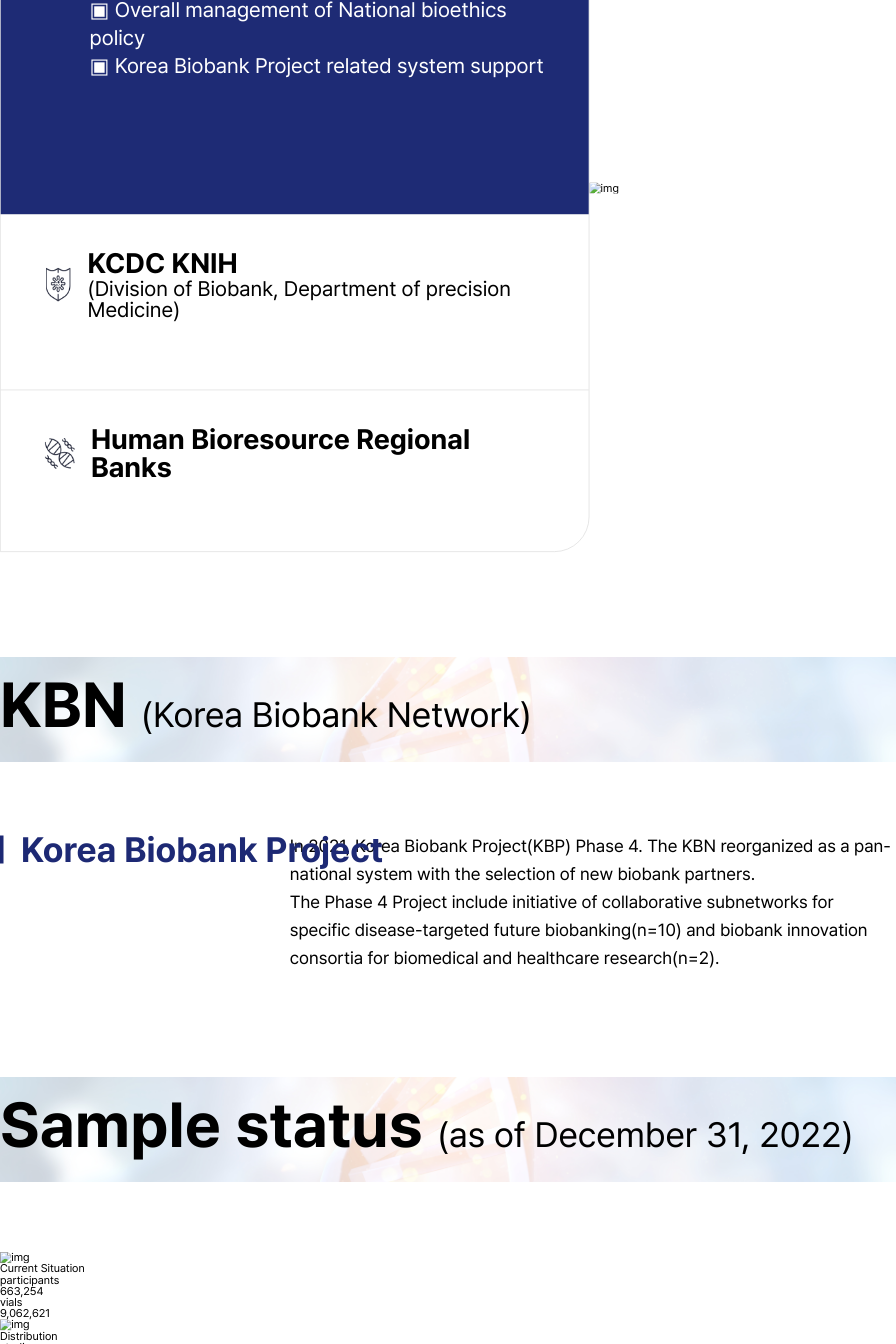
Repository: dlgywls1130/kbn_makedit
Page: index.html
An editor plug-in stored every save of this project. The page is shown before and after the next save, followed by the edit.
The browser window is 1280 px wide. The pictures show the part of the page from y = 2232 to 4152 px (the page is 5607 px tall before and 5587 px after), at 70% of full size.
After loading, the first visible `div.accordion-item` was clicked once.
Some web libraries are served in a nearby version.

Above is the page before, as saved 2023-10-15 16:38:10.

### index.html
<!DOCTYPE html>
<html lang="en">
<head>
    <meta charset="UTF-8">
    <meta name="viewport" content="width=device-width, initial-scale=1.0">
    <title>KBN</title>

    <link rel="stylesheet" href="./css/reset.css">
    <link rel="stylesheet" href="./css/style.css">

    <!-- slick css -->
    <link rel="stylesheet"  type="text/css" href="./css/slick.css">

</head>
<body>

    <!-- header -->
    <header>
        <div class="header_wrapper">
            <div class="header_logo">
                <img src="./image/logo.png" alt="logo">
            </div>
            <ul class="nav_list">
                <li><a href="#about"> About us</a></li>
                <li><a href="#kbn">KBN</a></li>
                <li><a href="#sample">Sample status</a></li>
                <li><a href="#distribution">Distribution procedure</a></li>
                <li><a href="#biobanks">KBN Biobanks</a></li>
            </ul>
            <div class="header_en">
                <div class="en_icon">
                    <img src="./image/language.png" alt="icon">
                </div>
                <p>EN</p>
            </div>
        </div>

    </header>


    <!-- main banner -->
    <section>
        <div class="main_banner">
            <div class="slide_wrap">
                <div class="slide_list first-slide">
                    <div class="slide_content">
                        <h2 class="slide_title">
                            The Biggest Disease-based
                            <Br>Human Biobank Network of Korea
                        </h2>
                        <p class="slide_sub">
                            KBN, the largest biobank network in korea, collects, manages, and holds disease-based
                            <Br>human bioresources, i.e. various samples of more than 600,000 individuals.
                        </p>
                    </div>
                </div>
                <div class="slide_list second-slide">
                    <div class="slide_content">
                        <h2 class="slide_title">
                            KBN Distribution Support Center
                        </h2>
                        <p class="slide_sub">
                            The Center provides human bioresources, and clinical and epidemiological information
                            <Br> held by KBN biobanks nationwide and actively supports the distribution.

                        </p>
                    </div>
                </div>
                <div class="slide_list three-slide">

                    <div class="slide_content">
                        <h2 class="slide_title">
                            KBN Provides On-line Searching Database
                            <Br>and Operates Distribution Support Center
                        </h2>
                        <p class="slide_sub">
                            Researchers conduct KBN human bioresource search, while the distribution support
                            <Br>center provides services customized to individual users.
                        </p>
                    </div>
                </div>
            </div>
        </div>
    </section>

    <!-- about us -->
    <section id="about">
        <div class="about_wrap">
            <div class="content_width">
                <h2 class="section_title">About us</h2>
            </div>

            <div class="about-us">
                <div class="about_content">
                    <div class="content_list mb-100">
                        <div class="list_main">
                            KBN Portal
                        </div>
                        <div class="list_descript">
                            <p class="mb-50">The Korea Biobank Network’s Human Bioresource Sharing and Access Platform, established in 2019, aims
                            to expand the accessibility of the disease-based bioresources collected through KBN and develop a
                            system to collect high-quality standard clinical information, thereby establishing a distribution support
                            system tailored to researchers.</p>

                            <p>The KBN portal is the largest shared open platform for disease-based resource owned by KBN biobanks
                            involved in KDCA(Korea Disease Control and Prevention Agency) KBP(Korea Biobank Project).
                            It discloses and shares related information including disease-based resource status, systematic search,
                            efficient distribution, and utilization outcomes to researchers in order to improve the efficient utilization of
                            national disease-based resources.</p>
                        </div>
                    </div>
                    <div class="content_list">
                        <div class="list_main">
                            Structure
                        </div>
                        <div class="list_descript">
                            <p>Structure is organized by the Ministry of Health and Welfare(Division of Bioethics Policy), the KDCA Korea
                                National Institute of Health(Division of Biobank, Department of precision Medicine), KBN Biobanks.</p>
                        </div>
                    </div>
                </div>
                <div class="about_acodian">
                    <div class="acodian_list">
                        <div class="accordion-item">
                            <h3 class="title">
                                <div class="acodian_icon">
                                    <img src="./image/about_ico1.png" alt="icon">
                                </div>
                                <p>Ministry of Health and Welfare
                                    <span>(Division of Bioethics Policy)</span>
                                </p>

                            </h3>
                            <div class="paragraph">
                                <p>▣ Overall management of National bioethics policy</p>
                                <p>▣ Korea Biobank Project related system support</p>
                            </div>
                        </div>
                        <div class="accordion-item">
                            <h3 class="title">
                                <div class="acodian_icon">
                                    <img src="/image/about_ico2.png" alt="icon">
                                </div>
                                <p>KCDC KNIH
                                    <span>(Division of Biobank, Department of precision Medicine)</span>
                                </p>

                            </h3>
                            <div class="paragraph">
                                <p>▣ KBN management (National Biobank of Korea management)</p>
                                <p>▣ Collection, management, and distribution of large-scale population-based human bioresources </p>
                                <p>▣ Human bioresource management standardization and technology development</p>
                            </div>
                        </div>
                        <div class="accordion-item">
                            <h3 class="title">
                                <div class="acodian_icon">
                                    <img src="/image/about_ico3.png" alt="icon">
                                </div>
                                <p>Human Bioresource Regional Banks</p>

                            </h3>
                            <div class="paragraph">
                                <p>▣ Collection · management · distribution of disease-based human bioresources</p>
                                <p>▣ Organiztion and operation of Korea Biobank Council</p>
                            </div>
                        </div>
                    </div>
                    <div class="acodian_circle">
                        <img src="" alt="img">
                    </div>
                </div>
            </div>
        </div>

    </section>

    <!-- kbn -->

    <section id="kbn">
        <div class="kbn_wrap">
            <div class="content_width">
                <h2 class="section_title">KBN <span>(Korea Biobank Network)</span></h2>
            </div>
            <div class="kbn_content">
                <div class="content_list">
                    <div class="list_main">
                        Korea Biobank Project
                    </div>
                    <div class="list_descript">
                        <p>In 2021, Korea Biobank Project(KBP) Phase 4. The KBN reorganized as a pan-national system with the
                            selection of new biobank partners.
                            </p>

                        <p>The Phase 4 Project include initiative of collaborative subnetworks for specific disease-targeted future
                            biobanking(n=10) and biobank innovation consortia for biomedical and healthcare research(n=2).
                            </p>
                    </div>
                </div>
                <div class="kbn_guidance_wrap">

                </div>
            </div>
        </div>

    </section>

    <!-- sample -->

    <section id="sample">
        <div class="sample_wrap">
            <div class="content_width">
                <h2 class="section_title">Sample status <span>(as of December 31, 2022)</span></h2>
            </div>
            <div class="sample_content">
                <div class="sample_list">
                    <div class="sample_list_left">
                        <div class="sample_list_icon">
                            <img src="" alt="img">
                        </div>
                        <div class="sample_list_title">
                            Current Situation
                        </div>
                    </div>
                    <div class="sample_list_right">
                        <div class="right_span">
                            <span>participants</span>
                            <p>663,254</p>
                        </div>
                        <div class="right_span">
                            <span>vials</span>
                            <p>9,062,621</p>
                        </div>
                    </div>
                </div>
                <div class="sample_list">
                    <div class="sample_list_left">
                        <div class="sample_list_icon">
                            <img src="" alt="img">
                        </div>
                        <div class="sample_list_title">
                            Distribution
                        </div>
                    </div>
                    <div class="sample_list_right">
                        <div class="right_span">
                            <span>studies</span>
                            <p>3215</p>
                        </div>
                    </div>
                </div>
                <div class="sample_list">
                    <div class="sample_list_left">
                        <div class="sample_list_icon">
                            <img src="" alt="img">
                        </div>
                        <div class="sample_list_title">
                            Utilization
                        </div>
                    </div>
                    <div class="sample_list_right">
                        <div class="right_span">
                            <span>papers</span>
                            <p>948</p>
                        </div>
                        <div class="right_span">
                            <span>patents</span>
                            <p>116</p>
                        </div>
                    </div>
                </div>
            </div>
        </div>

    </section>

    <!-- Distribution  -->
    <section id="distribution">
        <div class="distribution_wrap">
            <div class="content_width">
                <h2 class="section_title white">Distribution procedure</h2>
            </div>
            <div class="distribution_about">
                <div class="content_list">
                    <div class="list_main">
                        Procedure
                    </div>
                    <div class="list_descript">
                        <p>KBN Human bioresources application procedure for distribution.</p>

                        <p>KBN distributes the collected human bioresources to researchers for domestic healthcare R&D.
                            For access to, researcher(s) residing in Korea and carrying out a research project that has obtained IRB
                            approval(or exemption) can apply for access to human bioresource distribution, and if approved by the
                            Access and Sharing Committee, the bioresources are released.
                        </p>
                    </div>
                </div>
                <div class="text_slide">

                </div>
            </div>
        </div>
    </section>

    <!-- Biobanks  -->
    <section id="biobanks">
        <div class="biobank_wrap">
            <div class="content_width">
                <h2 class="section_title">KBN Biobanks <span>- targeted diseases</span></h2>
            </div>
            <div class="biobank_content">
                <div class="biobank_tab">

                </div>

            </div>
        </div>

    </section>

    <!-- logo slide -->
    <section>
        <div class="logo_loop">

        </div>
    </section>

    <!-- footer -->
    <footer>
        <div class="footer_wrap">
            <div class="footer_left">
                <h3 class="footer_title">
                    CONTACT US
                </h3>

                <div class="footer_contain">
                    <ul>
                        <li class="footer_text">kbnysvc@gmail.com</li>
                        <li class="footer_phone">+82 -31-546-2715</li>
                        <li class="footer_text">Monday-Friday 8:30am ~ 5:30pm</li>
                        <li class="footer_text">(Saturday and Sunday, Holidays : ClOSED)</li>
                    </ul>
                    <ul>
                        <li><img src="" alt="icon"></li>
                        <li><img src="" alt="icon"></li>
                    </ul>
                </div>

                <p>Yongin Severance Hospital 363, Dongbaekjukjeon-daero, Giheung-gu, Yongin-si, Gyeonggi-do 16995, Republic of Korea</p>
            </div>

            <div class="footer_right">
                <div class="right_top">
                    <h3 class="footer_title">
                        SOCIAL LINKS
                    </h3>
                    <div class="footer_sns">
                        <a href="" class="link_sns">
                            <img src="" alt="sns">
                        </a>
                        <a href="" class="link_sns">
                            <img src="" alt="sns">
                        </a>
                        <a href="" class="link_sns">
                            <img src="" alt="sns">
                        </a>

                    </div>
                </div>
                <div class="right_bottom">
                    <h3 class="footer_title">
                        RELATED SITE
                    </h3>
                    <div class="link_site">
                        <a href="" class="site_link">
                            <img src="" alt="link">
                        </a>
                        <a href="" class="site_link">
                            <img src="" alt="link">
                        </a>

                    </div>
                </div>

            </div>
        </div>
        <div class="footer_copy">
            <p>YONSEI UNIVERSITY, YONGIN SEVERANCE HOSPITAL. ALL RIGHTS RESERVED </p>
            <div class="copy_right">
                <p>Personal information processing policy</p>
                <p>Terms and Conditions</p>
            </div>
        </div>
    </footer>


    <script type="text/javascript" src="//code.jquery.com/jquery-1.11.0.min.js"></script>
    <script src="./js/slick.min.js"></script>
    <script src="./js/main.js"></script>
</body>
</html>

### css/style.css
:root{
    --main-text:#1D2974;
    --black-text:#000;
}


/* common */

body{
    font-family: 'pretendard',sans-serif ;
}

/* font */
@font-face {
    font-family: pretendard;
    src: url('/font/Pretendard-Regular.woff2') format('woff2'),
    url('/font/Pretendard-Regular.woff') format('woff'),
    url('/font/Pretendard-Regular.ttf') format('ttf'),
    url('/font/Pretendard-Regular.otf') format('otf');
    font-weight: 400;
}

@font-face {
    font-family: pretendard;
    src: url('/font/Pretendard-Medium.woff2') format('woff2'),
    url('/font/Pretendard-Medium.woff') format('woff'),
    url('/font/Pretendard-Medium.ttf') format('ttf'),
    url('/font/Pretendard-Medium.otf') format('otf');
    font-weight: 500;
}

@font-face {
    font-family: pretendard;
    src: url('/font/Pretendard-Bold.woff2') format('woff2'),
    url('/font/Pretendard-Bold.woff') format('woff'),
    url('/font/Pretendard-Bold.ttf') format('ttf'),
    url('/font/Pretendard-Bold.otf') format('otf');
    font-weight: 700;
}


section{margin-bottom:150px;}

.section_title{
    font-size: 90px;
    font-weight: 700;
    line-height:40px;
    max-width: 1680px;
    width: 100%;
    margin: 0 auto;
}

.section_title span{
    font-weight: 300;
    font-size: 50px;
}

.content_width{
    width: 100%;
    height: 150px;
    background:url('/image/title_back.jpg');
    background-repeat: no-repeat;
    background-size:cover;
    margin-bottom: 100px;
    display: flex;
    align-items: center;
}

.content_list {
    display: flex;
    align-items: flex-start;
    justify-content: space-between;
}

.content_list .list_main{
    position: relative;
    width: 30%;
    font-size: 50px;
    font-weight: 700;
    color: var(--main-text);
    white-space: nowrap;
    padding-left: 30px;
}

.content_list .list_main::before{
    position: absolute;
    content: '';
    left: 0;
    top: 50%;
    transform: translate(0,-50%);
    height: 40px;
    width: 5px;
    background: var(--main-text);
}

.content_list .list_descript{
    width: 70%;
}

.content_list .list_descript p{
    font-size: 25px;
    font-weight: 300;
    line-height: 40px;
}


/* common margin */

.mb-50{margin-bottom: 50px;}
.mb-100{margin-bottom: 100px;}


/* header */

header{
    position: fixed;
    top: 0;
    left: 0;
    background: #fff;
    width: 100%;
    height: 138px;
    padding: 28px 0;
    box-sizing: border-box;
    z-index: 9;
}

.header_wrapper{
    max-width: 1680px;
    width: 100%;
    margin: 0 auto;
    display: flex;
    align-items: center;
    justify-content: space-between;
}

.header_logo{
    width: 250px;
    height: 80px;
}

.header_logo img{
    width: 100%;
    height: 100%;
    object-fit: contain;
}

.header_wrapper .nav_list{
    display: flex;
}

.header_wrapper .nav_list li{
    padding: 0 50px;
}

.header_wrapper .nav_list li a{
    font-size: 25px;
    font-weight: 500;
    line-height: 0.03em;
    text-decoration: none;
    color:var(--black-text);
}

.header_en{display: flex; align-items: center;}

.header_en .en_icon{
    width: 24px;
    height: 24px;
}

.header_en .en_icon img{
    width: 100%;
    height: 100%;
    object-fit: contain;
}

.header_en p{
    margin-left: 8px;
    font-size: 20px;
    font-weight: 700;
}

/* main_banner */

.slide_wrap .slide_list{
    width: 100%;
    height: 100vh;
    position: relative;
}

.slide_wrap .slide_list.first-slide{
    background: url('/image/main_slide1.jpg');
    background-repeat: no-repeat;
    background-position: right center;
    background-size: cover;
}

.slide_wrap .slide_list.second-slide{
    background: url('/image/main_slide2.jpg');
    background-repeat: no-repeat;
    background-position: center center;
    background-size: cover;
}

.slide_wrap .slide_list.three-slide{
    background: url('/image/main_slide3.jpg');
    background-repeat: no-repeat;
    background-position: left center;
    background-size: cover;
}

.slide_content{
width: 100%;
position: absolute;
right: 8%;
top: 40%;
transform: translate(0,-50%);
}

.slide_content .slide_title{
    font-size: 60px;
    font-weight: 700;
    color: #fff;
    letter-spacing: 0.07em;
    text-align: right;
}

.slide_content .slide_sub{
    font-size: 25px;
    font-weight: 400;
    color: #fff;
    letter-spacing: 0.04em;
    text-align: right;
    margin-top: 40px;
}

.slick-dots{
    display: flex!important;
    align-items: center;
    position: absolute;
    top: 65%;
    right: 8%;
    column-gap: 30px;
}

.slick-dots button {
    color: rgba(2255,255,255,0.45);
    background:none;
    border-bottom:5px solid rgba(255,255,255,0.45);
    font-size: 25px;
    font-weight: 700;
    padding-bottom: 15px;
    border-top: none;
    border-left: none;
    border-right: none;
    box-shadow: none;
    outline: none;
}

.slick-dots button:hover,
.slick-dots .slick-active button {
    border-bottom:5px solid rgba(255,255,255,1);
    color: rgba(255,255,255,1);
}

.slick-arrow{
position: absolute;
top: 55%;

}

.slick-next{
    right: 8%;
    transform: rotate(45deg);
}

.slick-prev{
    right: 10%;
    z-index: 1;
    transform: rotate(225deg);
}

.arrow{
    width: 30px; /* 사이즈 */
    height: 30px; /* 사이즈 */
    border-top: 8px solid #fff; /* 선 두께 */
    border-right: 8px solid #fff; /* 선 두께 */
}


/* about us */
.about-us{
    max-width: 1680px;
    margin: 0 auto;
}

.about_content{
    margin-bottom: 150px;
}

.about_acodian{
    display: flex;
    align-items: center;
}

.acodian_list{
    box-sizing: border-box;
    height: auto;
    border: 1px solid #DCDCDC;
    border-radius: 50px 0;
}

.accordion-item{
    padding: 50px 60px;
    border-bottom: 1px solid #DCDCDC;
    max-width: 840px;
    box-sizing: border-box;
}

.accordion-item:last-child{
    border-bottom: none;
}
.accordion-item .title{
 display: flex;
 align-items: center;
 padding-bottom: 50px;
 cursor: pointer;
}



.accordion-item .title p{
    font-size: 40px;
    font-weight: 700;
    color: #000;
    margin-left: 20px;
}

.accordion-item .title p span{
    font-size: 30px;
    font-weight: 300;
    display: block;
}

.accordion-item .acodian_icon{
    width: 50px;
    height: 50px;
}

.accordion-item .acodian_icon img{
    width: 100%;
    height: 100%;
}

.accordion-item .paragraph{
    display: none;
    font-size: 30px;
    font-weight: 300;
    line-height: 40px;
    color: #fff;
}

.accordion-item:nth-child(1).active{
    background-color: #1E2B75;
    border-radius: 50px 0 0 0;
}

.accordion-item:nth-child(2).active{
    background-color: #4D9FBD;
}

.accordion-item:nth-child(3).active{
    background-color: #6A9ED5;
    border-radius: 0 0 50px 0;
}

.accordion-item.active .title p{
    color: #fff;
}

.accordion-item.active .paragraph {
    display: block;
    padding: 74px 0px 142px 67px;
}

Loaded but not shown: css/reset.css (common file); css/slick.css (common file); js/slick.min.js (library); js/main.js (33 lines, source omitted)

After the next save:
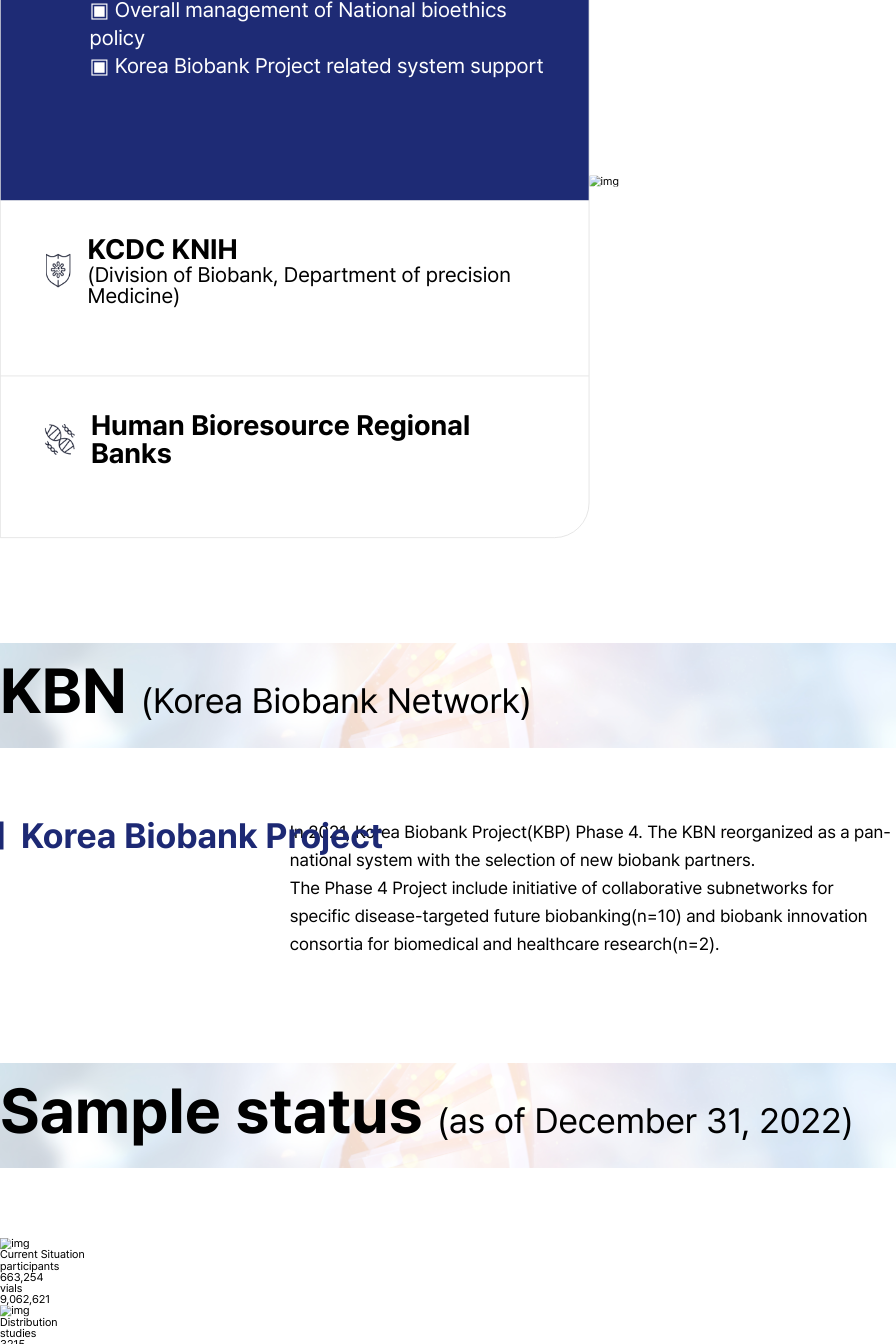
Saved 31 s later.
--- a/css/style.css
+++ b/css/style.css
@@ -379,5 +379,5 @@
 
 .accordion-item.active .paragraph {
     display: block;
-    padding: 74px 0px 142px 67px;
-}
+    padding: 74px 0px 122px 67px;
+}
